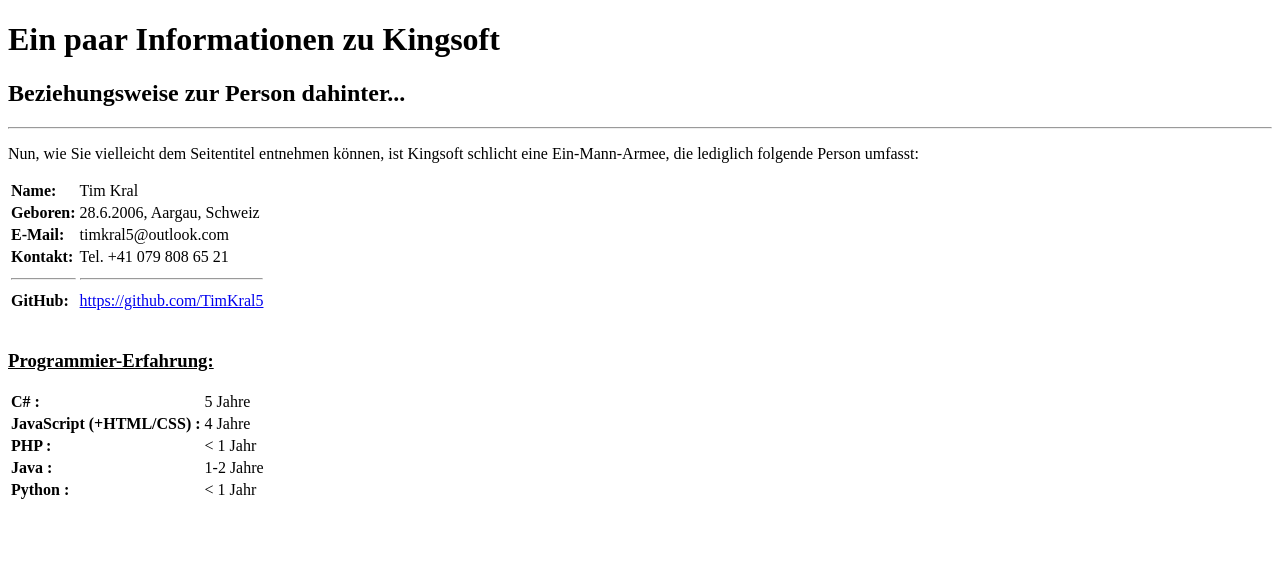
Repository: TimKral5/WikiPage
Page: Homepage/pages/about/about.htm
The author's editor kept a copy of each file at every save. The page is drawn from the files as they stood at one save, then again after the next save.
The browser window is 1280 px wide. The pictures show the whole page.

Above is the page before, as saved 2022-11-10 23:28:06.

### Homepage/pages/about/about.htm
<!DOCTYPE html>
<html lang="en">

<head>
    <meta charset="UTF-8">
    <meta http-equiv="X-UA-Compatible" content="IE=edge">
    <meta name="viewport" content="width=device-width, initial-scale=1.0">
    <title>Test</title>

    <link rel="stylesheet" href="style.css">
</head>

<body>
    <h1>Ein paar Informationen zu Kingsoft</h1>
    <h2>Beziehungsweise zur Person dahinter...</h2>
    <hr>
    <p>
        Nun, wie Sie vielleicht dem Seitentitel entnehmen können, ist Kingsoft schlicht eine Ein-Mann-Armee, die lediglich folgende Person umfasst:
    </p>
    <table>
        <tr>
            <td><b>Name:</b></td>
            <td>Tim Kral</td>
        </tr>
        <tr>
            <td><b>Geboren:</b></td>
            <td>28.6.2006, Aargau, Schweiz</td>
        </tr>
        <tr>
            <td><b>E-Mail:</b></td>
            <td>timkral5@outlook.com</td>
        </tr>
        <tr>
            <td><b>Kontakt:</b></td>
            <td>Tel. +41 079 808 65 21</td>
        </tr>
        <tr>
            <td><hr></td>
            <td><hr></td>
        </tr>
        <tr>
            <td><b>GitHub:</b></td>
            <td><a href="https://github.com/TimKral5">https://github.com/TimKral5</a></td>
        </tr>
    </table>
    <br>
    <h3><u>Programmier-Erfahrung:</u></h3>
    <table>
        <tr>
            <td><b>C# :</b></td>
            <td>5 Jahre</td>
        </tr>
        <tr>
            <td><b>JavaScript (+HTML/CSS) :</b></td>
            <td>4 Jahre</td>
        </tr>
        <tr>
            <td><b>PHP :</b></td>
            <td> &lt; 1 Jahr</td>
        </tr>
        <tr>
            <td><b>Java :</b></td>
            <td> 1-2 Jahre</td>
        </tr>
        <tr>
            <td><b>Python :</b></td>
            <td> &lt; 1 Jahr</td>
        </tr>
    </table>
</body>

</html>

### Homepage/pages/about/style.css
table {
    font-size: 16px;
}

After the next save:
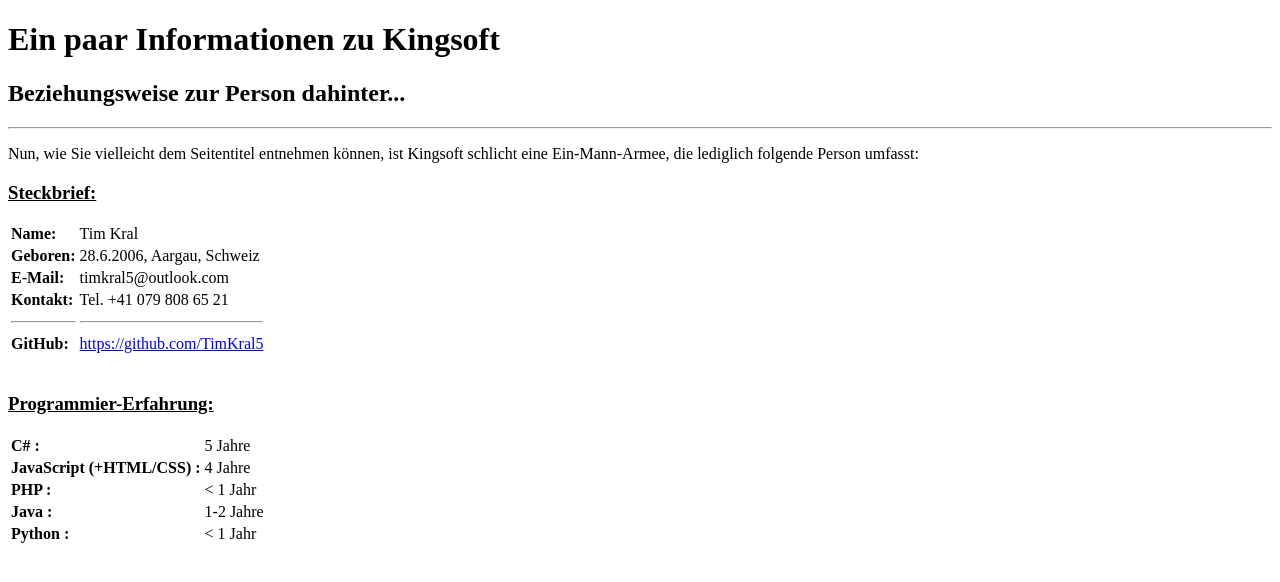
Saved 23 s later.
--- a/Homepage/pages/about/about.htm
+++ b/Homepage/pages/about/about.htm
@@ -17,6 +17,7 @@
     <p>
         Nun, wie Sie vielleicht dem Seitentitel entnehmen können, ist Kingsoft schlicht eine Ein-Mann-Armee, die lediglich folgende Person umfasst:
     </p>
+    <h3><u>Steckbrief:</u></h3>
     <table>
         <tr>
             <td><b>Name:</b></td>
